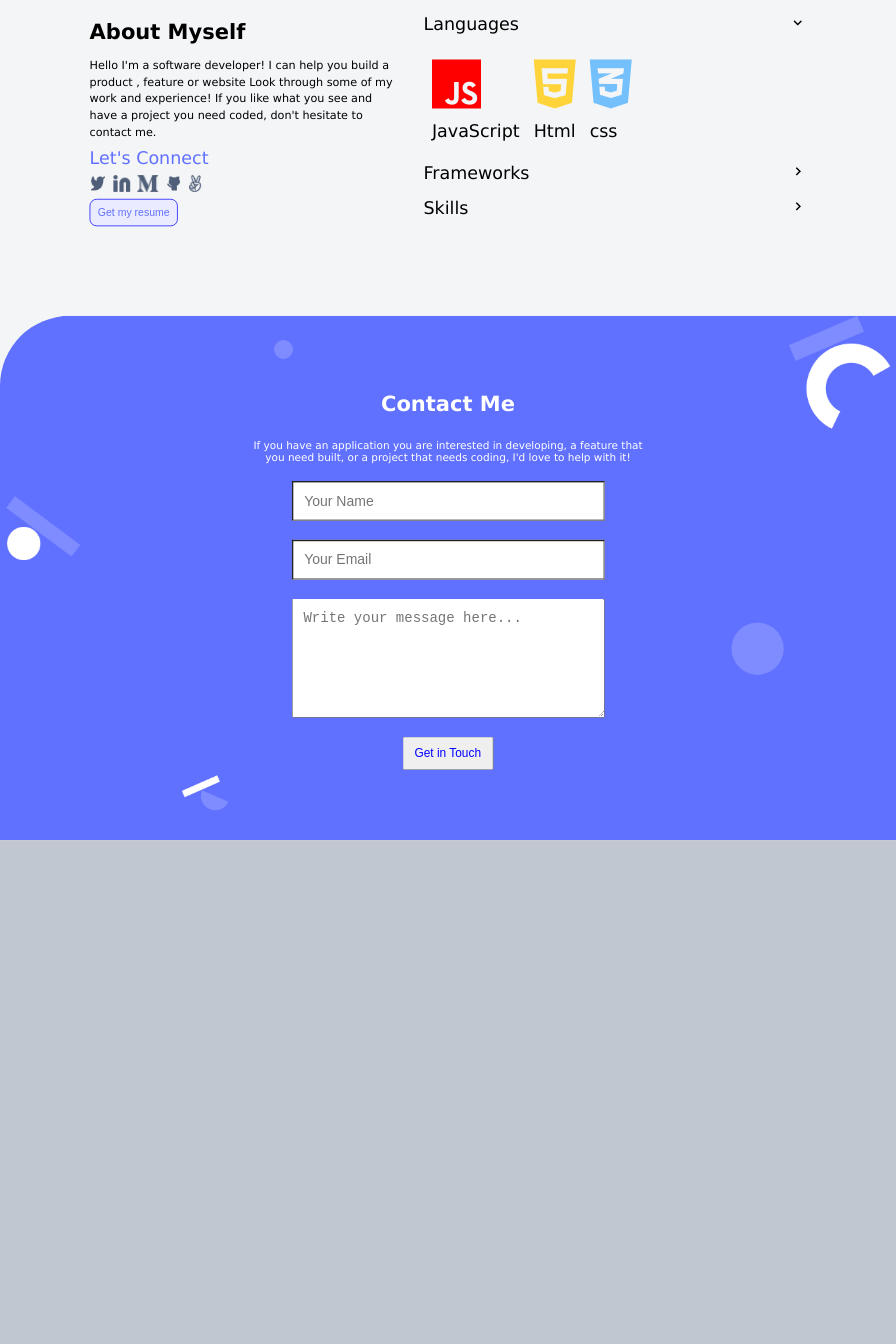
Repository: usman3123/portfolio-template-3
Page: index.html
An editor plug-in stored every save of this project. The page is shown before and after the next save, followed by the edit.
The browser window is 1280 px wide. The pictures show the part of the page from y = 3413 to 5333 px (the page is 5333 px tall), at 70% of full size.
Some web libraries are served in a nearby version.

Above is the page before, as saved 2025-01-30 10:07:11.

After the next save:
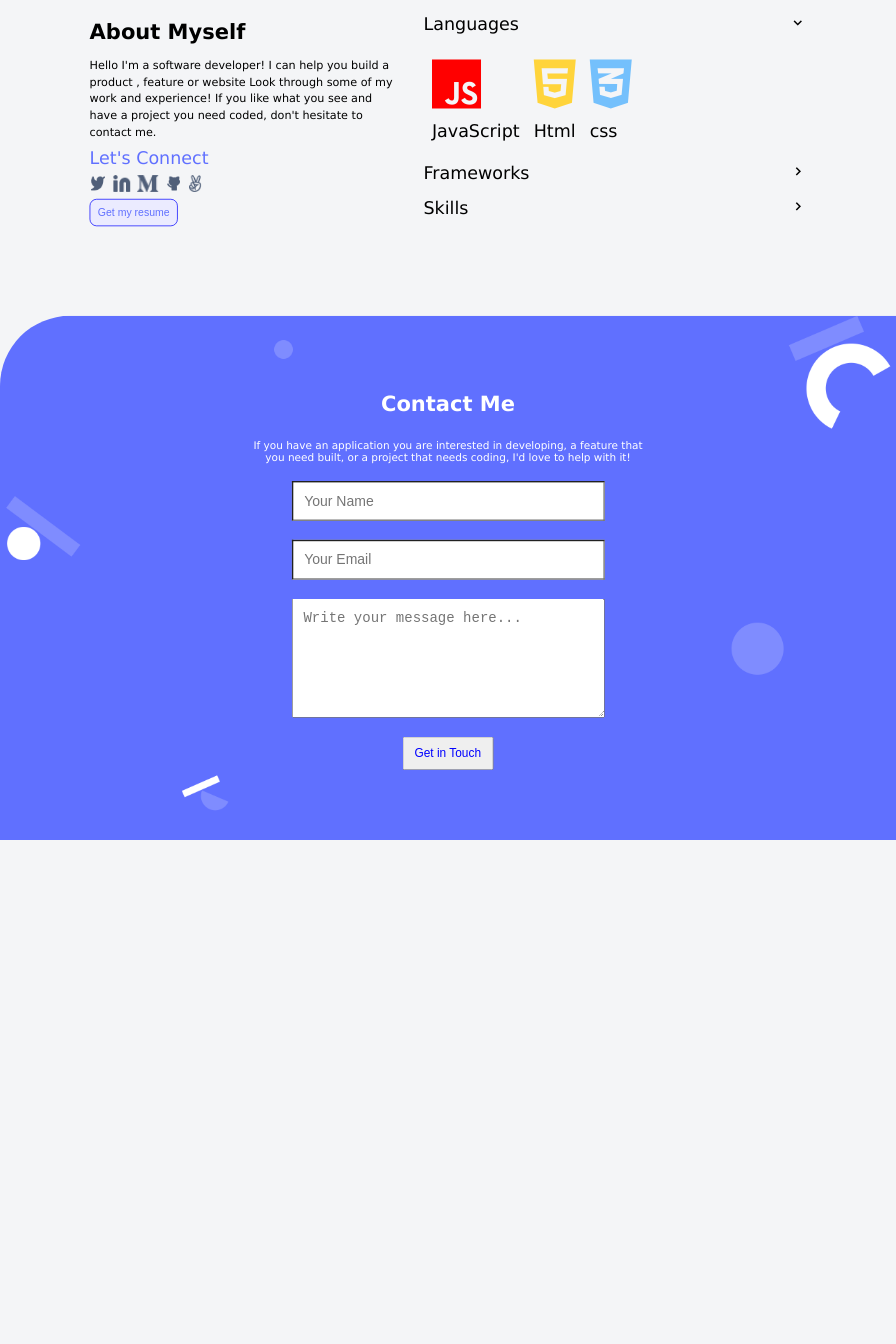
Saved 47 s later.
--- a/style.css
+++ b/style.css
@@ -297,7 +297,6 @@ html {
     width: 100vw;
     max-width: 1440px;
     height: 100vh;
-    background-color: #c1c7d0;
     position: relative;
 }
 
